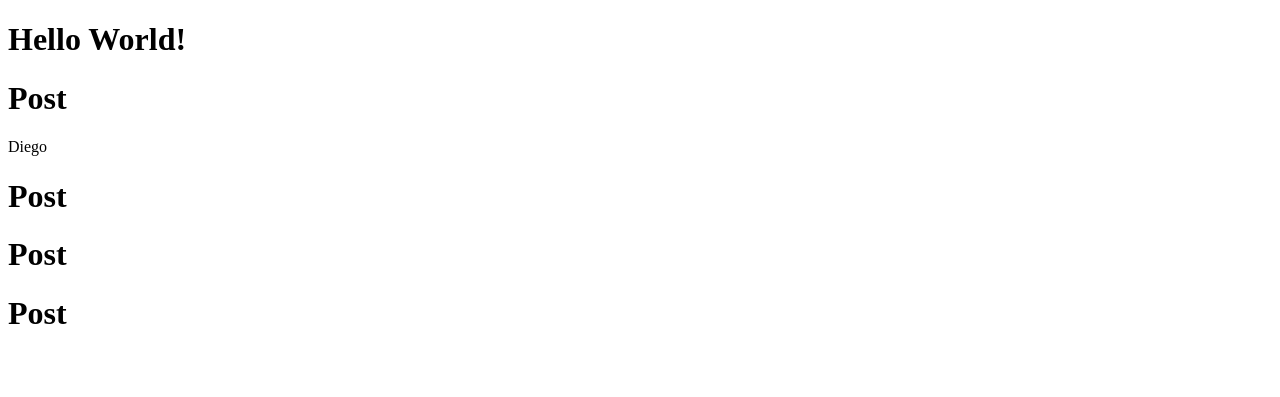
Repository: guilhermecardoso93/ignite-react-igniteFeed
Page: /
These files come from the project's save history. The page is drawn as it stood at one moment and after the next save; the edit follows.
The browser window is 1280 px wide. The pictures show the whole page.
The project was rebuilt for these pictures with package versions that can differ from the ones it lists, and the page was loaded fresh each time. Also part of the build but not shown: vite.config.js.

Above is the page before, as saved 2022-06-09 21:14:03.

After the next save:
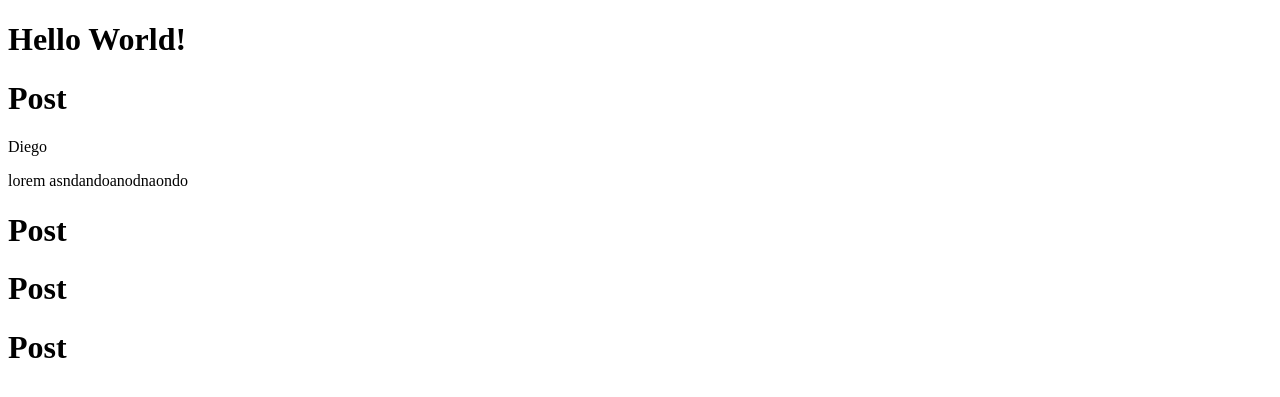
Saved 17 s later.
--- a/src/components/Post.jsx
+++ b/src/components/Post.jsx
@@ -3,6 +3,7 @@ export function Post(props) {
     <>
       <h1>Post</h1>
       <p>{props.author}</p>
+      <p>{props.content}</p>
     </>
   );
 }
